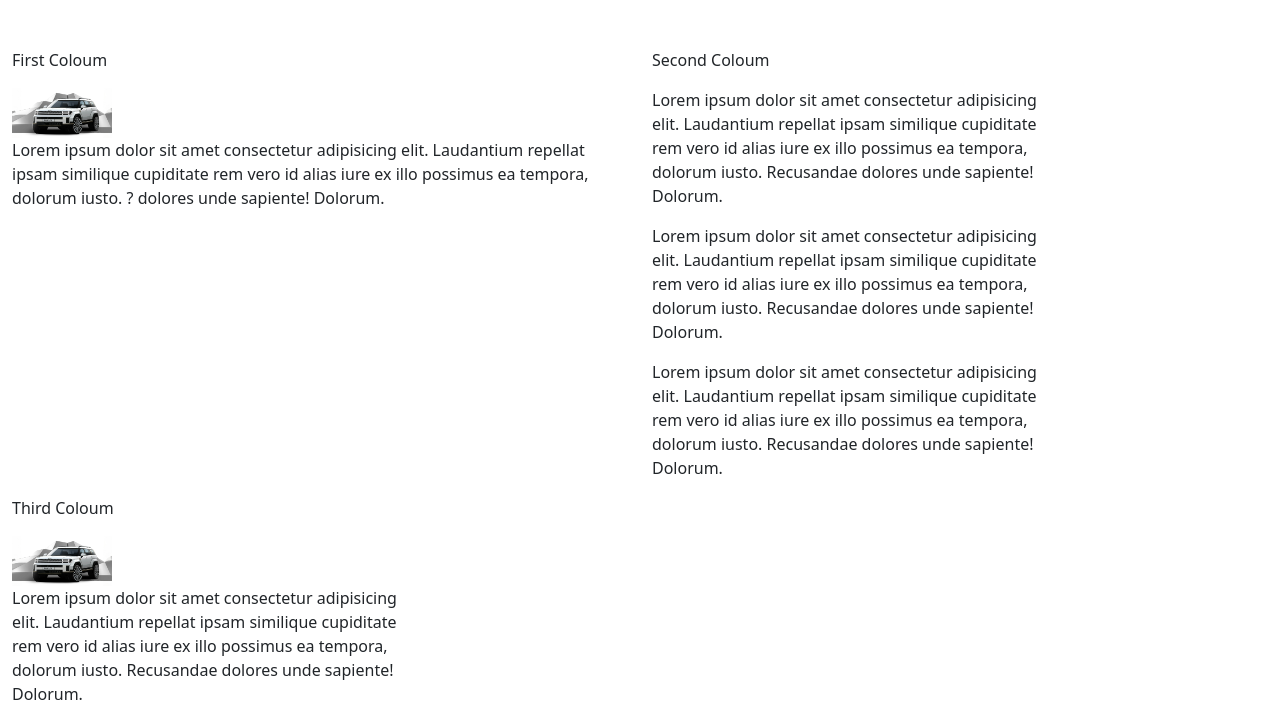
Repository: Femi007-gh/Classwork
Page: index.html
These files come from the project's save history. The page is drawn as it stood at one moment and after the next save; the edit follows.
The browser window is 1280 px wide. The pictures show the whole page.

Above is the page before, as saved 2025-02-02 21:48:59.

### index.html
<html>
  <head>
    <title>Responsiveness</title>
    <link rel="stylesheet" href="style.css">
    <link href="https://cdn.jsdelivr.net/npm/bootstrap@5.0.2/dist/css/bootstrap.min.css" rel="stylesheet" integrity="sha384-EVSTQN3/azprG1Anm3QDgpJLIm9Nao0Yz1ztcQTwFspd3yD65VohhpuuCOmLASjC" crossorigin="anonymous">
  </head>
  <body>
<div class="container-fluid mt-5">
  <div class="row">
    <div class="col-sm-6 md-6 lg-8 xl6">
      <p>First Coloum</p>
      <img class="img-fluid" src="suv.jpeg">
      <p>Lorem ipsum dolor sit amet consectetur adipisicing elit. Laudantium repellat ipsam similique cupiditate rem vero id alias iure ex illo possimus ea tempora, dolorum iusto. ? dolores unde sapiente! Dolorum.</p>
    </div>
    <div class="col-4">
      <p>Second Coloum</p>
      <p>Lorem ipsum dolor sit amet consectetur adipisicing elit. Laudantium repellat ipsam similique cupiditate rem vero id alias iure ex illo possimus ea tempora, dolorum iusto. Recusandae dolores unde sapiente! Dolorum.</p>
      <p>Lorem ipsum dolor sit amet consectetur adipisicing elit. Laudantium repellat ipsam similique cupiditate rem vero id alias iure ex illo possimus ea tempora, dolorum iusto. Recusandae dolores unde sapiente! Dolorum.</p>
      <p>Lorem ipsum dolor sit amet consectetur adipisicing elit. Laudantium repellat ipsam similique cupiditate rem vero id alias iure ex illo possimus ea tempora, dolorum iusto. Recusandae dolores unde sapiente! Dolorum.</p>
      </div>
      <div class="col-4">
        <p>Third Coloum</p>
        <img class="img-fluid" src="suv.jpeg">
        <p>Lorem ipsum dolor sit amet consectetur adipisicing elit. Laudantium repellat ipsam similique cupiditate rem vero id alias iure ex illo possimus ea tempora, dolorum iusto. Recusandae dolores unde sapiente! Dolorum.</p>
        </div>
  </div>
</div>
  </body>
</html>

### style.css
img {
  height: 100px;
  width: 100px;
}

After the next save:
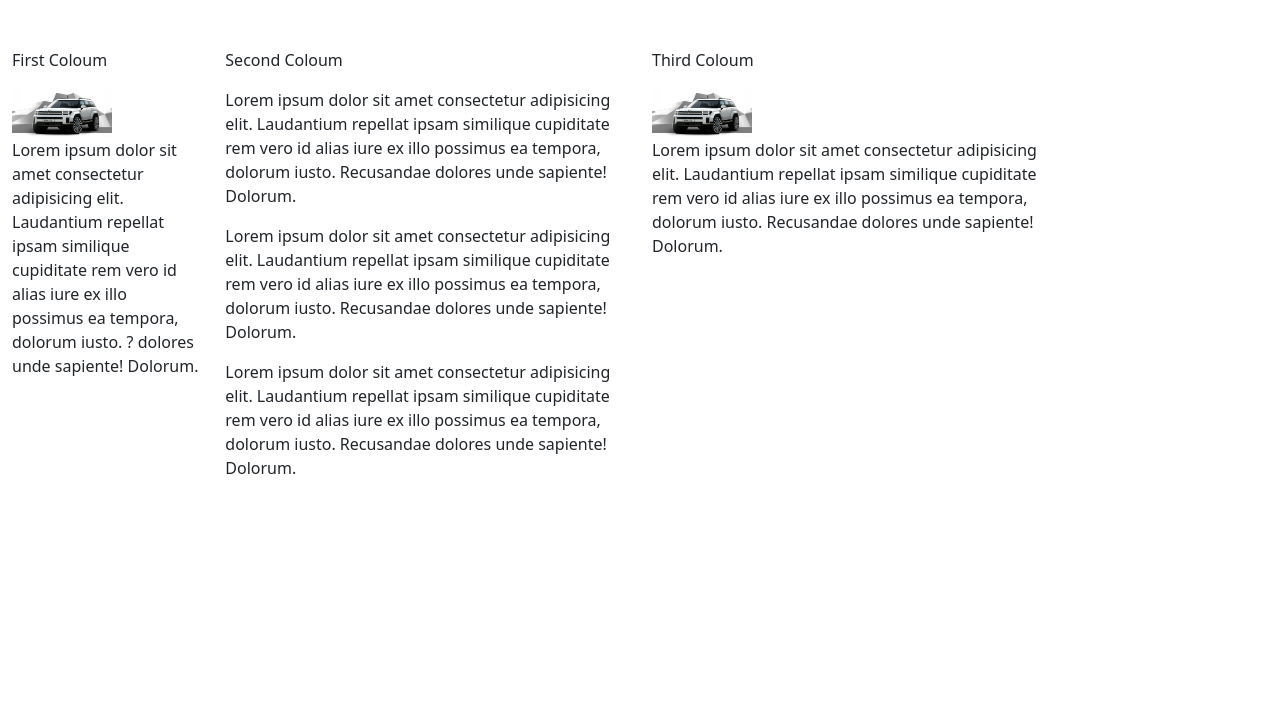
Saved 30 s later.
--- a/index.html
+++ b/index.html
@@ -7,7 +7,7 @@
   <body>
 <div class="container-fluid mt-5">
   <div class="row">
-    <div class="col-sm-6 md-6 lg-8 xl6">
+    <div class="col-sm-2 md-6 lg-8 xl6">
       <p>First Coloum</p>
       <img class="img-fluid" src="suv.jpeg">
       <p>Lorem ipsum dolor sit amet consectetur adipisicing elit. Laudantium repellat ipsam similique cupiditate rem vero id alias iure ex illo possimus ea tempora, dolorum iusto. ? dolores unde sapiente! Dolorum.</p>
